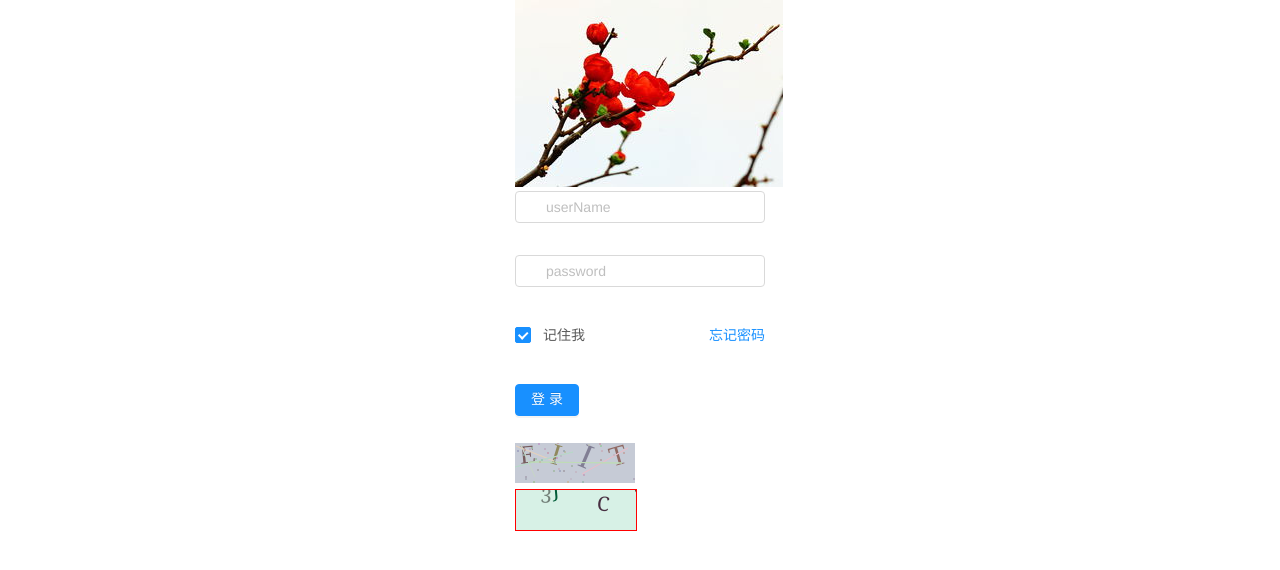
Repository: zhongdm/vue-vuex-antd
Page: /#/login
An editor plug-in stored every save of this project. The page is shown before and after the next save, followed by the edit.
The browser window is 1280 px wide. The pictures show the whole page.
The project was rebuilt for these pictures with package versions that can differ from the ones it lists, and the page was loaded fresh each time.

Above is the page before, as saved 2019-03-15 15:59:03.

### index.html
<!DOCTYPE html>
<html>
  <head>
    <meta charset="utf-8">
    <meta name="viewport" content="width=device-width,initial-scale=1.0">
    <title>vue-vuex-antd</title>
  </head>
  <body>
    <div id="app"></div>
    <!-- built files will be auto injected -->
  </body>
</html>

### src/main.js
// The Vue build version to load with the `import` command
// (runtime-only or standalone) has been set in webpack.base.conf with an alias.
import Vue from 'vue'
import App from './App'
import router from './router'
import TestPlugin from './plugins-custom/TestPlugin'
import Antd from 'ant-design-vue'
import 'ant-design-vue/dist/antd.css'

Vue.config.productionTip = false
Vue.use(TestPlugin)
Vue.use(Antd)

/* eslint-disable no-new */
new Vue({
  el: '#app',
  router,
  components: { App },
  template: '<App/>'
})

### src/App.vue
<template>
  <div id="app">
    <router-view/>
  </div>
</template>

<script>
export default {
  name: 'App'
}
</script>

<style>
#app {
  font-family: 'Avenir', Helvetica, Arial, sans-serif;
  -webkit-font-smoothing: antialiased;
  -moz-osx-font-smoothing: grayscale;
  /* text-align: center; */
  color: #2c3e50;
  /* margin-top: 60px; */
}
</style>

### src/router/index.js
import Vue from 'vue'
import Router from 'vue-router'

Vue.use(Router)

const router = new Router({
  routes: [
    {
      path: '/login',
      name: 'Login',
      component: () => import('@/pages/Login')
    },
    {
      path: '/',
      component: () => import('@/pages/MainLayout'),
      children: [
        {
          path: '',
          component: () => import('@/pages/home/Info')
        },
        {
          path: 'settings',
          component: () => import('@/pages/settings/Settings'),
          children: [
            {
              path: '',
              redirect: 'user'
            },
            {
              path: 'user',
              name: 'User',
              component: () => import('@/pages/settings/User')
            },
            {
              path: 'role',
              name: 'Role',
              component: () => import('@/pages/settings/Role')
            }
          ]
        }
      ]
    }
  ]
})

// router.beforeEach((to, from, next) => {
//   console.log(to.path, from)
//   next()
// })
export default router

### src/plugins-custom/TestPlugin.js
let TestPlugin = {}
TestPlugin.install = function (Vue, options) {
  Vue.istest = function () {
    console.log('plugin test success')
  }
  Vue.prototype.logining = function () {
    console.log('loging')
  }
}

export default TestPlugin

### src/pages/Login.vue
<template>
  <div class="form-container">
    <img src="@/assets/images/plum.jpg">
    <a-form>
      <a-form-item>
        <a-input
          placeholder="userName">
          <a-icon slot="prefix" type="user"></a-icon>
        </a-input>
      </a-form-item>
      <a-form-item>
        <a-input
          placeholder="password">
          <a-icon slot="prefix" type="lock"></a-icon>
        </a-input>
      </a-form-item>
      <a-form-item>
        <a-checkbox :checked="isRemember" @change="toggleRemember" class="username-remember">
          记住我
        </a-checkbox>
        <a href="" class="login-password-forgot">忘记密码</a>
      </a-form-item>
      <a-form-item>
        <a-button type="primary" @click="handleLogin">登录</a-button>
      </a-form-item>
    </a-form>
    <ImgVerify @imgCode="imgCode" ref="imgVerify"/>
    <CustomVal />
  </div>
</template>

<script>
export default {
  data () {
    return {
      isRemember: true
    }
  },
  mounted () {
  },
  methods: {
    handleLogin () {
      this.$router.push('/')
    },
    toggleRemember () {
      this.isRemember = !this.isRemember
    },
    imgCode (code) {
      console.log(code)
    },
    handleClick () {
      this.$refs.imgVerify.draw()
    }
  },
  components: {
    ImgVerify: () => import('@/components/ValidationCode'),
    CustomVal: () => import('@/components/CustomValidationCode')
  }
}
</script>

<style lang="stylus" scoped>
  .form-container
    width 250px
    margin 0 auto
    .username-remember
      float left
    .login-password-forgot
      float right
</style>

### src/components/ValidationCode.vue
<template>
  <div class="img-verify">
    <canvas
      ref="verify"
      :width="width"
      :height="height"
      @click="handleDraw"></canvas>
  </div>
</template>

<script type="text/ecmascript-6">
  export default {
    data() {
      return {
        pool: 'ABCDEFGHIJKLMNOPQRSTUVWXYZ1234567890', // 字符串
        width: 120,
        height: 40
      }
    },
    mounted() {
      this.draw()
    },
    methods: {
      // 1.随机数
      randomNum(min, max) {
        return parseInt(Math.random() * (max - min) + min)
      },
      // 2.随机颜色
      randomColor(min, max) {
        const r = this.randomNum(min, max)
        const g = this.randomNum(min, max)
        const b = this.randomNum(min, max)
        return `rgb(${r},${g},${b})`
      },
      // 点击图片重新绘制
      handleDraw() {
        this.draw()
      },
      // 绘制图片
      draw() {
        // 3.填充背景颜色，背景颜色要浅一点
        const ctx = this.$refs.verify.getContext('2d')
        // 填充颜色
        ctx.fillStyle = this.randomColor(180, 230)
        // 填充的位置
        ctx.fillRect(0, 0, this.width, this.height)
        // 定义paramText
        let imgCode = ''
        // 4.随机产生字符串，并且随机旋转
        for (let i = 0; i < 4; i++) {
          // 随机的四个字
          const text = this.pool[this.randomNum(0, this.pool.length)]
          imgCode += text
          // 随机的字体大小
          const fontSize = this.randomNum(18, 40)
          // 字体随机的旋转角度
          const deg = this.randomNum(-30, 30)
          /*
           * 绘制文字并让四个文字在不同的位置显示的思路 :
           * 1、定义字体
           * 2、定义对齐方式
           * 3、填充不同的颜色
           * 4、保存当前的状态（以防止以上的状态受影响）
           * 5、平移translate()
           * 6、旋转 rotate()
           * 7、填充文字
           * 8、restore出栈
           * */
          ctx.font = fontSize + 'px Simhei'
          ctx.textBaseline = 'top'
          ctx.fillStyle = this.randomColor(80, 150)
          /*
           * save() 方法把当前状态的一份拷贝压入到一个保存图像状态的栈中。
           * 这就允许您临时地改变图像状态，
           * 然后，通过调用 restore() 来恢复以前的值。
           * save是入栈，restore是出栈。
           * 用来保存Canvas的状态。save之后，可以调用Canvas的平移、放缩、旋转、错切、裁剪等操作。 restore：用来恢复Canvas之前保存的状态。防止save后对Canvas执行的操作对后续的绘制有影响。
           *
           * */
          ctx.save()
          ctx.translate(30 * i + 15, 15)
          ctx.rotate(deg * Math.PI / 180)
          // fillText() 方法在画布上绘制填色的文本。文本的默认颜色是黑色。
          // 请使用 font 属性来定义字体和字号，并使用 fillStyle 属性以另一种颜色/渐变来渲染文本。
          // context.fillText(text,x,y,maxWidth);
          ctx.fillText(text, -15 + 5, -15)
          ctx.restore()
        }
        // 5.随机产生5条干扰线,干扰线的颜色要浅一点
        for (let i = 0; i < 5; i++) {
          ctx.beginPath()
          ctx.moveTo(this.randomNum(0, this.width), this.randomNum(0, this.height))
          ctx.lineTo(this.randomNum(0, this.width), this.randomNum(0, this.height))
          ctx.strokeStyle = this.randomColor(180, 230)
          ctx.closePath()
          ctx.stroke()
        }
        // 6.随机产生40个干扰的小点
        for (let i = 0; i < 40; i++) {
          ctx.beginPath()
          ctx.arc(this.randomNum(0, this.width), this.randomNum(0, this.height), 1, 0, 2 * Math.PI)
          ctx.closePath()
          ctx.fillStyle = this.randomColor(150, 200)
          ctx.fill()
        }
        // 将生成的四个字传递给父组件
        this.$emit('imgCode', imgCode)
      }
    }
  }
</script>
<style type="text/css">
  .img-verify canvas {
    cursor: pointer;
  }
</style>

### src/components/CustomValidationCode.vue
<template>
  <div>
    <canvas @click="handleCanvasClick" id="canvas"
    width="120" height="40">

    </canvas>
  </div>
</template>

<script>
export default {
  name: 'ValidationCode',
  data () {
    return {
      baseData: 'ABCDEFGHIJKLMNOPQRSTUWVXYZ1234567890'
    }
  },
  mounted () {
    this.draw()
  },
  methods: {
    draw () {
      let canvas = document.getElementById('canvas')
      let cxt = canvas.getContext('2d')
      let canvasWidth = canvas.width
      let canvasHeight = canvas.height
      cxt.clearRect(0, 0, canvasWidth, canvasHeight)
      cxt.font = "20px Georgia"
      /**
       * 随机的位置
       * 随机的文本text
       * 随机的旋转角度
       * 随机的字体大小和颜色
       */

      /**
       * 随机填充的数字和字母
       * Math.random() * 26 + 65
       */
      // let text = String.fromCharCode(this.getIntRandom(26, 'A'.charCodeAt()))
      // cxt.rotate(this.getIntRandom(30) * Math.PI / 180)
      // cxt.fillText(text, 60, 20)
      /**
       * 随机背景颜色
       */
      cxt.fillStyle = this.randomColor(180, 250)
      cxt.fillRect(0, 0, canvasWidth, canvasHeight)
      /**
       * 随机的小圆点
       */
      for (let m = 0; m < 40; m++) {

      }
      let startX = 0
      for (let i = 0; i < 4; i++) {
        console.log(startX)
        cxt.save()
        let text = this.randomStr(this.baseData)
        let angle = this.getIntRandom(20, -10)
        let pointX = this.getIntRandom(canvasWidth / 4, canvasWidth / 4 * i)
        startX = pointX
        // let pointY = this.getIntRandom(10, angle > 0 ? 15 : 25)
        console.log(text, angle, pointX, 10)
        // cxt.translate(pointX, pointY)
        cxt.rotate(angle * Math.PI / 180)
        cxt.fillStyle = this.randomColor(0, 150)
        cxt.fillText(text, pointX, 10)
        cxt.restore()
      }
    },
    getIntRandom (len, start = 0) {
      return Math.floor(Math.random() * (len)) + start
    },
    randomColor (min, max) {
      const r = Math.random() * (max - min) + min
      const g = Math.random() * (max - min) + min
      const b = Math.random() * (max - min) + min
      return `rgb(${r}, ${g}, ${b})`
    },
    randomStr (data) {
      return data[this.getIntRandom(data.length)]
    },
    handleCanvasClick () {
      console.log('clicked')
      this.draw()
    }
  }
}
</script>

<style lang="stylus" scoped>
#canvas {
  // width 160px
  // height 40px
  border 1px solid red
}
</style>

After the next save:
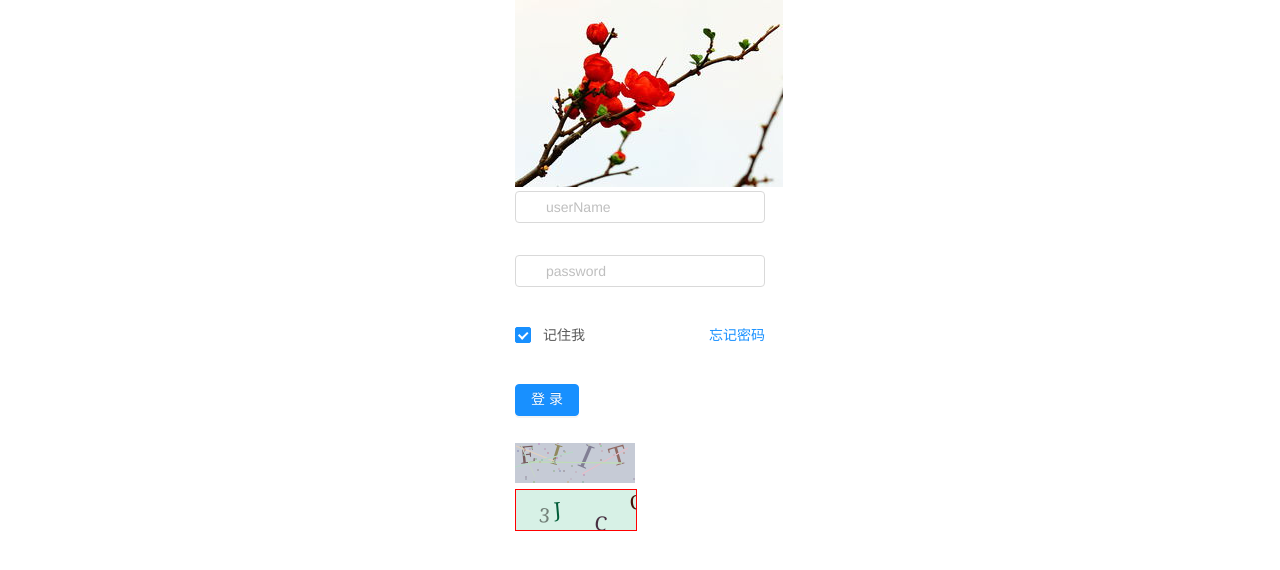
Saved 33 s later.
--- a/src/components/CustomValidationCode.vue
+++ b/src/components/CustomValidationCode.vue
@@ -60,11 +60,11 @@ export default {
         let pointX = this.getIntRandom(canvasWidth / 4, canvasWidth / 4 * i)
         startX = pointX
         // let pointY = this.getIntRandom(10, angle > 0 ? 15 : 25)
-        console.log(text, angle, pointX, 10)
+        console.log(text, angle, pointX, 30)
         // cxt.translate(pointX, pointY)
         cxt.rotate(angle * Math.PI / 180)
         cxt.fillStyle = this.randomColor(0, 150)
-        cxt.fillText(text, pointX, 10)
+        cxt.fillText(text, pointX, 30)
         cxt.restore()
       }
     },
